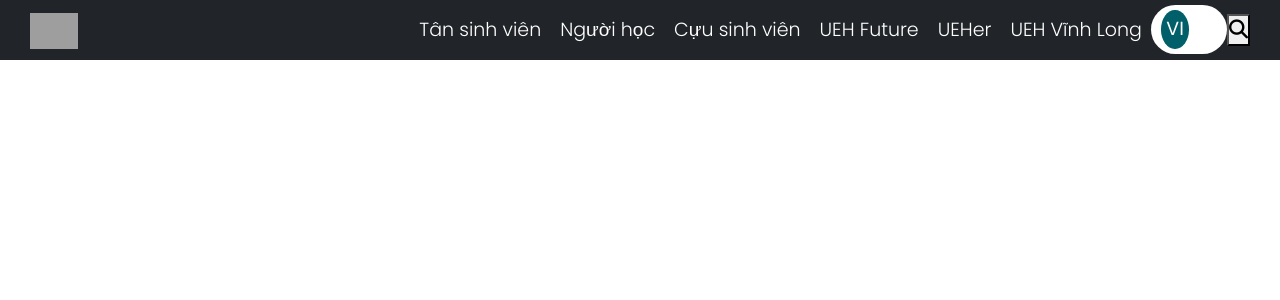
Repository: Jackietruong2805/frontends
Page: html css/ueh/index.html
An editor plug-in stored every save of this project. The page is shown before and after the next save, followed by the edit.
The browser window is 1280 px wide. The pictures show the whole page.
Pictures or frames that could not be fetched are drawn as grey boxes. Some web libraries are served in a nearby version.

Above is the page before, as saved 2022-06-17 10:04:20.

### html css/ueh/index.html
<!DOCTYPE html>
<html lang="en">
  <head>
    <meta charset="UTF-8" />
    <meta http-equiv="X-UA-Compatible" content="IE=edge" />
    <meta name="viewport" content="width=device-width, initial-scale=1.0" />
    <title>UEH</title>
    <!-- FONT GOOGLE -->
    <link rel="preconnect" href="https://fonts.googleapis.com" />
    <link rel="preconnect" href="https://fonts.gstatic.com" crossorigin />
    <link
      href="https://fonts.googleapis.com/css2?family=Poppins:wght@300;400;700&display=swap"
      rel="stylesheet"
    />
    <!-- FONT AWESOME -->
    <link
      rel="stylesheet"
      href="https://cdnjs.cloudflare.com/ajax/libs/font-awesome/6.1.1/css/all.min.css"
      integrity="sha512-KfkfwYDsLkIlwQp6LFnl8zNdLGxu9YAA1QvwINks4PhcElQSvqcyVLLD9aMhXd13uQjoXtEKNosOWaZqXgel0g=="
      crossorigin="anonymous"
      referrerpolicy="no-referrer"
    />
    <!-- BS5 -->
    <link
      href="https://cdn.jsdelivr.net/npm/bootstrap@5.1.3/dist/css/bootstrap.min.css"
      rel="stylesheet"
      integrity="sha384-1BmE4kWBq78iYhFldvKuhfTAU6auU8tT94WrHftjDbrCEXSU1oBoqyl2QvZ6jIW3"
      crossorigin="anonymous"
    />
    <!-- INDEX CSS -->
    <link rel="stylesheet" href="./css/index.css" />
  </head>
  <body>
    <!-- HEADER -->
    <header>
      <nav class="navbar navbar-expand-lg navbar-dark bg-dark">
        <div class="container-fluid px-5">
          <a class="navbar-brand" id="header--workmark" href="#">
            <img src="./img/logo-header.png" id="logo-header" alt="ueh-logo" />
          </a>
          <button
            class="navbar-toggler"
            type="button"
            data-bs-toggle="collapse"
            data-bs-target="#navbarUeh"
            aria-controls="navbarSupportedContent"
            aria-expanded="false"
            aria-label="Toggle navigation"
          >
            <span class="navbar-toggler-icon"></span>
          </button>
          <div class="collapse navbar-collapse" id="navbarUeh">
            <ul class="navbar-nav ms-auto mb-2 mb-lg-0">
              <li class="nav-item">
                <a class="nav-link active" aria-current="page" href="#"
                  >Tân sinh viên</a
                >
              </li>
              <li class="nav-item">
                <a class="nav-link" href="#">Người học</a>
              </li>
              <li class="nav-item">
                <a class="nav-link" href="#">Cựu sinh viên</a>
              </li>
              <li class="nav-item">
                <a class="nav-link" href="#">UEH Future</a>
              </li>
              <li class="nav-item">
                <a class="nav-link" href="#">UEHer</a>
              </li>
              <li class="nav-item">
                <a class="nav-link" href="#">UEH Vĩnh Long</a>
              </li>
              <li class="nav-item">
                <div class="button-cover">
                  <span class="vi text-white">VI</span>
                  <span class="en text-white">EN</span>
                </div>
              </li>
            </ul>
            <button>
              <i class="fa fa-search"></i>
            </button>
          </div>
        </div>
      </nav>
    </header>
    <!-- VIDEO -->
    <section class="video"></section>
    <!-- CAROUSEL -->
    <section class="carousel"></section>
    <!-- INFO -->
    <section class="info"></section>
    <!-- ADMISSIONS -->
    <section class="admissions"></section>
    <!-- EVENT -->
    <section class="event"></section>
    <!-- RESEARCH -->
    <section class="research"></section>
    <!-- TRAIN -->
    <section class="train"></section>
    <!-- COOPERATION -->
    <section class="coOperation"></section>
    <!-- ACCREDITATION -->
    <section class="accreditation"></section>
    <!-- UEH -->
    <section class="ueh"></section>
    <!-- INTRO -->
    <section class="intro"></section>
    <!-- EXPLORE -->
    <section class="explore"></section>
    <!-- FOOTER -->
    <footer></footer>
    <!-- thư viện hộ trợ -->
    <script
      src="https://cdn.jsdelivr.net/npm/bootstrap@5.1.3/dist/js/bootstrap.bundle.min.js"
      integrity="sha384-ka7Sk0Gln4gmtz2MlQnikT1wXgYsOg+OMhuP+IlRH9sENBO0LRn5q+8nbTov4+1p"
      crossorigin="anonymous"
    ></script>
  </body>
</html>

### html css/ueh/css/index.css
/* Global */
* {
    padding: 0;
    margin: 0;
    box-sizing: border-box;
}

html {
    font-size: 10px;
}

body {
    font-size: 1.9em;
}

body,
html {
    font-family: 'Poppins', sans-serif;
}

/* HEADER */
.navbar #header--workmark {
    font-size: 1.1em !important;
    line-height: 1.8em !important;
}

#logo-header {
    max-height: 36px !important;
}

#navbarUeh .nav-item .nav-link {
    color: #fff;
    font-weight: 300;
    padding: .5555555556em .5em;
    outline-offset: -4px;
}

.button-cover {
    background-color: white;
    border-radius: 30px;
    padding: 5px 10px;
}

.button-cover .vi {
    display: inline-block;
    border-radius: 50%;
    background-color: rgb(0, 95, 105);
    padding: 5px;
}

After the next save:
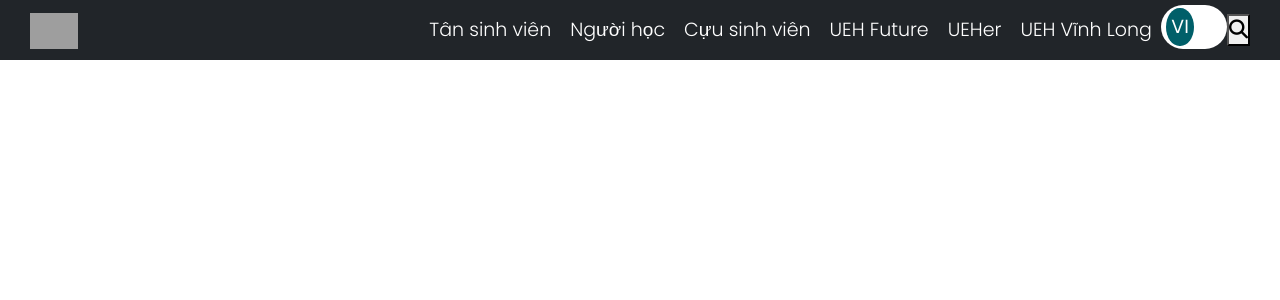
Saved 26 s later.
--- a/html css/ueh/css/index.css
+++ b/html css/ueh/css/index.css
@@ -38,7 +38,7 @@ html {
 .button-cover {
     background-color: white;
     border-radius: 30px;
-    padding: 5px 10px;
+    padding: 2.5px 5px;
 }
 
 .button-cover .vi {
